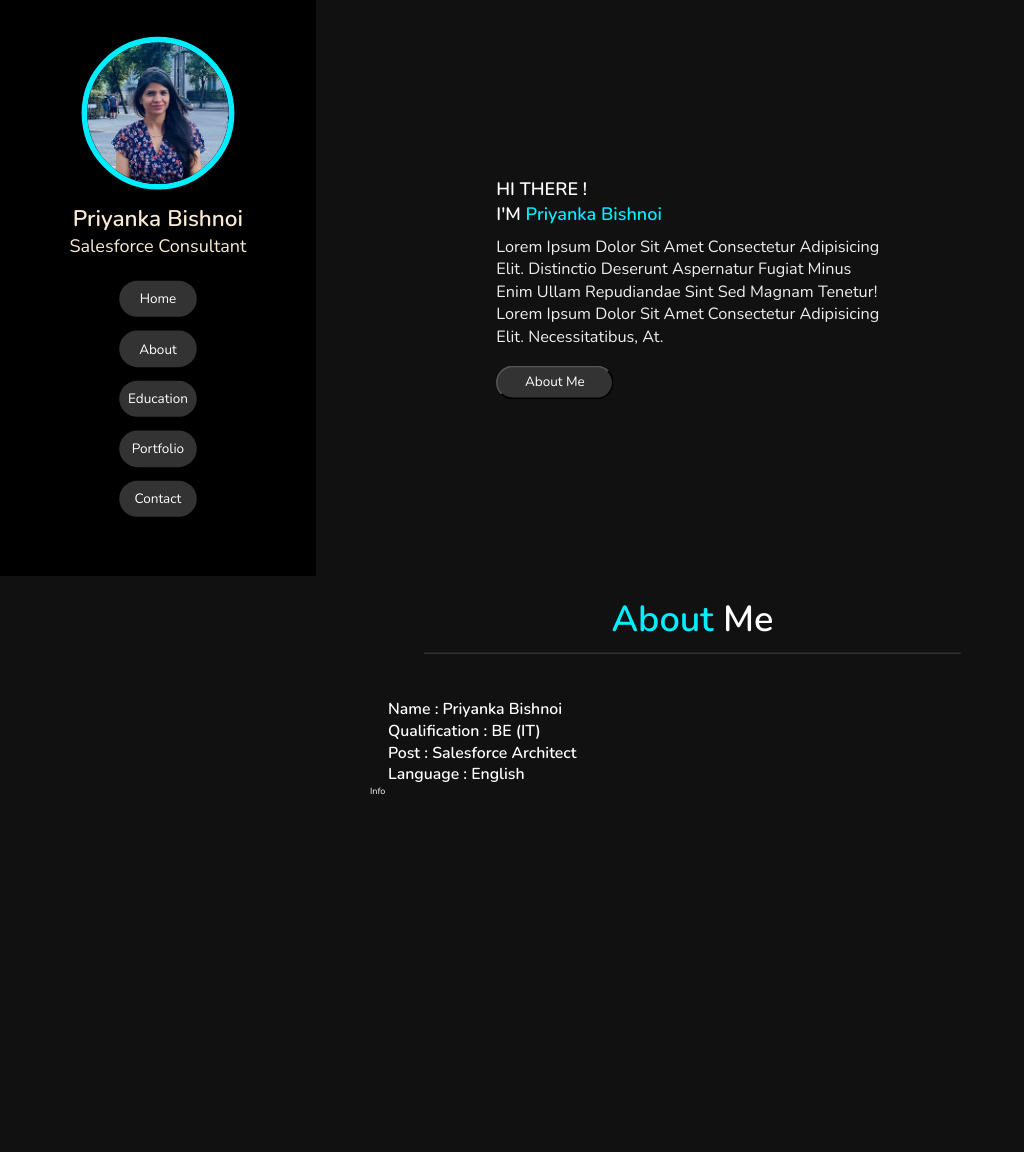
Repository: priyanka-bishnoi/PortfolioPage
Page: MyPage.html
An editor plug-in stored every save of this project. The page is shown before and after the next save, followed by the edit.
The browser window is 1280 px wide. The pictures show the whole page, at 80% of full size.

Above is the page before, as saved 2022-10-08 17:25:45.

### MyPage.html
<!DOCTYPE html>
<html>
<head>
    <link rel="stylesheet" href="css/style.css">

</head>
<body>
<header>
    <div class= "user">
        <img src="Background1.jpg"/>
        <h1 class="name" >Priyanka Bishnoi</h1>
        <p class="post" >Salesforce Consultant</p>
    </div>

    <nav class="navBar">
        <ul>
            <li> <a href="#home">Home</a></li>
            <li> <a href="#about">About</a></li>
            <li> <a href="#education">Education</a></li>
            <li> <a href="#portfolio">Portfolio</a></li>
            <li> <a href="#contact">Contact</a></li>

        </ul>


    </nav>


</header>

<!-- Home-->

<section class="home" id="home">

    <h3>HI THERE !</h3>
    <h1>I'M <span>Priyanka Bishnoi</span></h1>
    <p>Lorem ipsum dolor sit amet consectetur adipisicing elit. Distinctio deserunt aspernatur fugiat minus enim ullam repudiandae sint sed magnam tenetur! Lorem ipsum dolor sit amet consectetur adipisicing elit. Necessitatibus, at.
    </p>
    <a href="#about"><button class="btn">about me </button></a>


</section>

<section class="about" id="about">
<h1 class="heading"> <span>About </span>Me</h1>

<div class="row">
    <div class="info">
        <h3> <span> name : </span> priyanka bishnoi </h3>
        <h3> <span> qualification : </span> BE (IT) </h3>
        <h3> <span> post : </span> Salesforce Architect </h3>
        <h3> <span> language : </span> English </h3>
    </div>
</div>
 <p> Info </p>


</section>

</body>
</html>

### css/style.css
@import url('https://fonts.googleapis.com/css2?family=Nunito:wght@200;300;400;600&display=swap');
:root{
    --orange:rgb(0, 238, 255);
}
*{
    font-family: 'Nunito', sans-serif;
    margin:0;
    padding:0;
    box-sizing:border-box;
    text-decoration:none;
    text-transform:capitalize;
    transition:all .2s linear;
}
html {
    font-size:70.5%;
    overflow-x:hidden;
}
body{
    background:#111;
    overflow-x: hidden;
    padding-left: 40rem;
}

section{
    min-height: 100vh;
    padding:1rem;
}

.btn{
    padding:.7rem 3rem;
    background:#333;
    color:#fff;
    cursor: pointer;
    margin-top: 1rem;
    font-size: 1.5rem;
    border-radius: 5rem;
}

.btn:hover{
    background:var(--orange);
}

.heading{
    text-align: center;
    margin:0 6rem;
    font-size: 4rem;
    padding:1rem;
    border-bottom: .1rem solid #fff4;
    color:#fff;
}

.heading span{
    color:var(--orange);
}

header {
    position:fixed;
    top:0; left:0;
    z-index:1000;
    height:100%;
    width:35rem;
    background:black;
    display:flex;
    align-items: center;
    justify-content: center;
    flex-flow: column;
    text-align: center;
}

header .user img {
    height: 17rem;
    width: 17rem;
    border-radius: 50%;
    object-fit: cover;
    margin-bottom: 1rem;
    border: 0.7rem solid var(--orange);
}
header .user .name {
    font-size: 2.5rem;
    color: antiquewhite;
}
header .user .post{
    font-size: 2rem;
    color: antiquewhite;
}

header .navBar {
    font-size : 2rem;
}
header .navBar ul{
    list-style: none;
    padding:1rem 2rem;
}
header .navBar ul li a{
    display: block;
    padding:1rem;
    margin:1.5rem 0;
    background:#333;
    color:#fff;
    font-size: 1.5rem;
    border-radius: 5rem;
}

header .navBar ul li a:hover{
    background:rgb(0, 238, 255);
}


.home{
    display: flex;
    justify-content: center;
    flex-flow: column;
    padding:0 15rem;
}

.home h3{
    font-size: 2rem;
    color:#fff;
}

.home h1{
    font-size:2rem;
    color:#fff;
}

.home h1 span{
    color:var(--orange);
}

.home p{
    font-size:1.8rem;
    color:#eee;
    padding: 1rem 0;
}

.about {
 color:white;
}
.about .row .info {

    display: block;
    justify-content: center;
    padding-left: 1rem;
    padding-top: 5rem;
    padding-right: 1rem;
    margin: 0 1rem;
    font-size: 1.5rem;

}

After the next save:
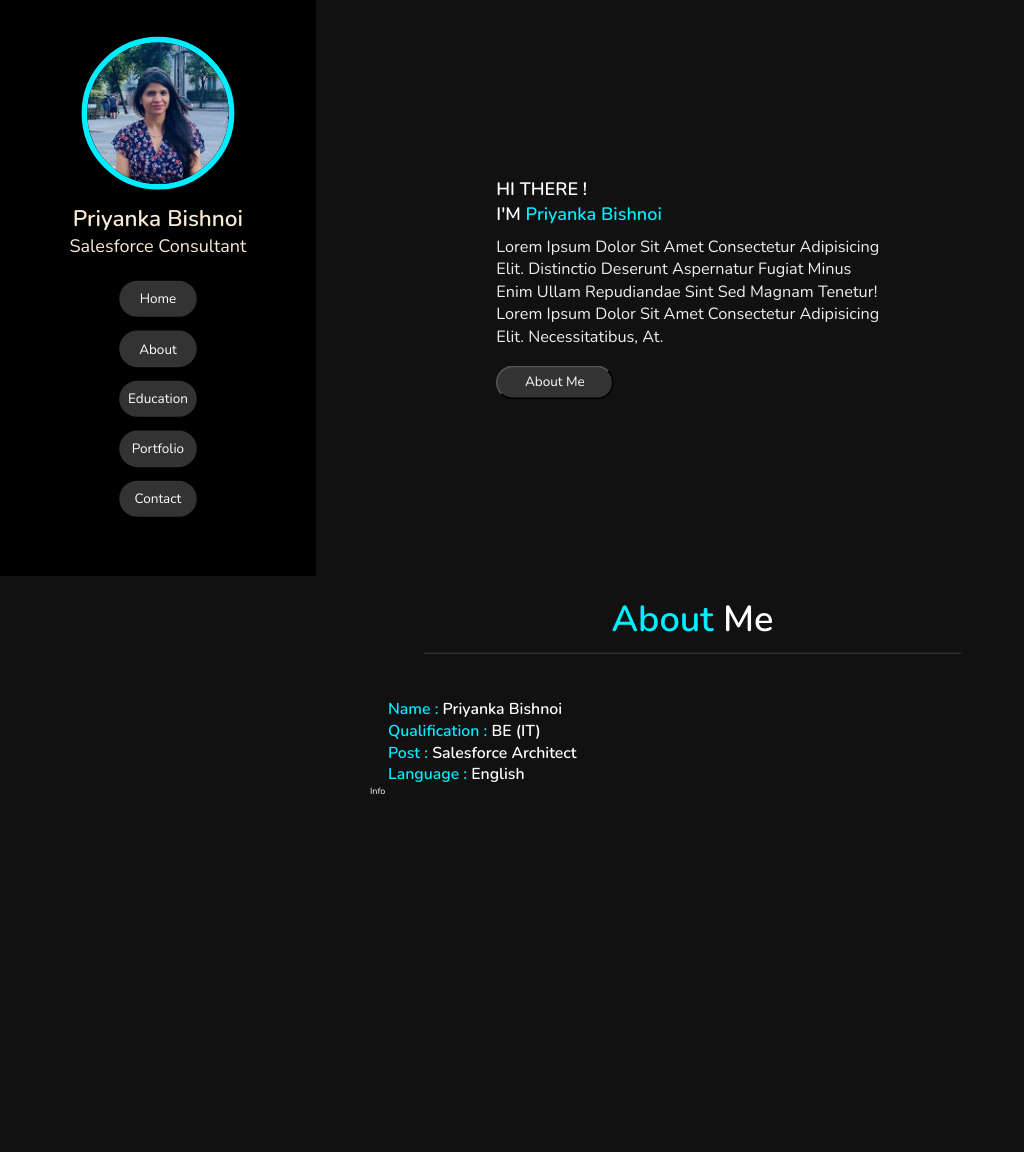
Saved 52 s later.
--- a/css/style.css
+++ b/css/style.css
@@ -147,3 +147,6 @@ header .navBar ul li a:hover{
     font-size: 1.5rem;
 
 }
+.about h3 span{
+    color:var(--orange);
+}
